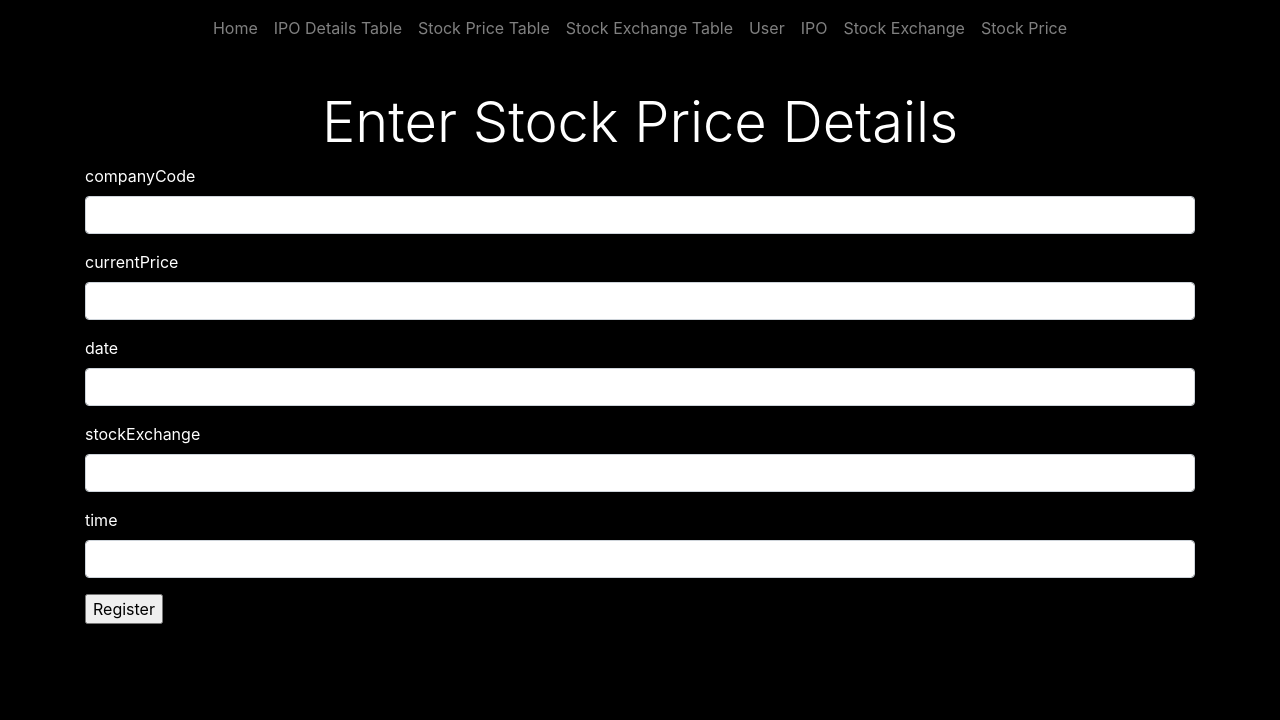
Repository: Gurudutt-S/cts-training
Page: http://localhost/StockExchangeChartingWeb/WEB-INF/views/stockPrices.jsp
The author's editor kept a copy of each file at every save. The page is drawn from the files as they stood at one save, then again after the next save.
The browser window is 1280 px wide. The pictures show the whole page.
The page is served by Tomcat 9. Nobody is signed in. Other server files are loaded and not shown. The template is opened directly, without the code that normally fills it, so the values that code supplies are empty.

Above is the page before, as saved 2020-02-13 05:19:56.
Console error (its wording comes from the project's code and is left out).

### Day_37/StockExchangeChartingWeb/src/main/webapp/WEB-INF/views/stockPrices.jsp
<%@include file="header.jsp"%>
<%@taglib uri="http://www.springframework.org/tags/form" prefix="form"%>
<%@taglib uri="http://java.sun.com/jsp/jstl/core" prefix="c"%>

<h2 class="display-4 text-center">Enter Stock Price Details</h2>

<c:url var="stockPriceUrl" value="" />

<div class="container">
	<form:form action="${stockPriceUrl }" modelAttribute="stockPrice">
		<div class="form-group">
			<form:label path="companyCode">companyCode</form:label>
			<form:input path="companyCode" class="form-control" />
		</div>
		<div class="form-group">
			<form:label path="currentPrice">currentPrice</form:label>
			<form:input path="currentPrice" class="form-control" />
		</div>
		<div class="form-group">
			<form:label path="date">date</form:label>
			<form:input path="date" class="form-control" />
		</div>
		<div class="form-group">
			<form:label path="stockExchange">stockExchange</form:label>
			<form:input path="stockExchange" class="form-control" />
		</div>
		<div class="form-group">
			<form:label path="time">time</form:label>
			<form:input path="time" class="form-control" />
		</div>

		<div>
			<input type="submit" value="Register">
		</div>
	</form:form>

</div>


</body>
</html>

### Day_37/StockExchangeChartingWeb/src/main/webapp/WEB-INF/views/header.jsp
<%@ page isELIgnored="false"%>
<%@ taglib uri="http://java.sun.com/jsp/jstl/core" prefix="c"%>
<html>
<head>
<link rel="stylesheet"
	href="https://stackpath.bootstrapcdn.com/bootstrap/4.4.1/css/bootstrap.min.css"
	integrity="sha384-Vkoo8x4CGsO3+Hhxv8T/Q5PaXtkKtu6ug5TOeNV6gBiFeWPGFN9MuhOf23Q9Ifjh"
	crossorigin="anonymous">
<script
	src="https://stackpath.bootstrapcdn.com/bootstrap/4.4.1/js/bootstrap.min.js"
	integrity="sha384-wfSDF2E50Y2D1uUdj0O3uMBJnjuUD4Ih7YwaYd1iqfktj0Uod8GCExl3Og8ifwB6"
	crossorigin="anonymous"></script>


</head>
<body style="color: white; background-color: black;">

	<nav class="navbar navbar-expand-lg navbar-dark ">
		<div class="collapse navbar-collapse">
			<ul class="navbar-nav mx-auto">
				<li class="nav-item"><a href="home" class="nav-link">Home</a></li>
				<li class="nav-item"><a href="ipoDetails" class="nav-link">IPO
						Details Table</a></li>
				<li class="nav-item"><a href="stockPrice" class="nav-link">Stock
						Price Table</a></li>
				<li class="nav-item"><a href="stockExchange" class="nav-link">Stock
						Exchange Table</a></li>
				<li class="nav-item"><a href="user-home" class="nav-link">User
						</a></li>
				<li class="nav-item"><a href="ipo-home" class="nav-link">IPO
						</a></li>
				<li class="nav-item"><a href="stockExchange-home" class="nav-link">Stock Exchange
						</a></li>
				<li class="nav-item"><a href="stockPrice-home" class="nav-link">Stock Price</a> </li>
			</ul>
		</div>
	</nav>

	<hr>

</body>
</html>

After the next save:
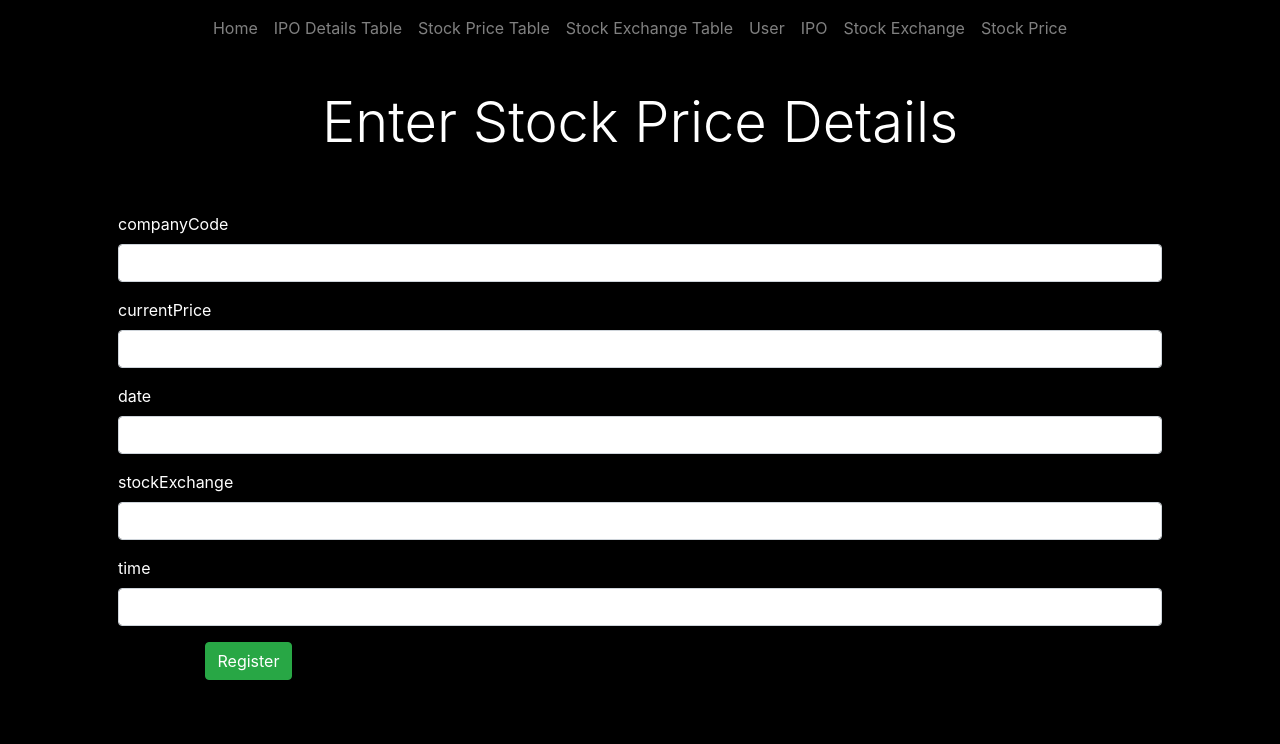
Saved 2 min 3 s later.
--- a/Day_37/StockExchangeChartingWeb/src/main/webapp/WEB-INF/views/stockPrices.jsp
+++ b/Day_37/StockExchangeChartingWeb/src/main/webapp/WEB-INF/views/stockPrices.jsp
@@ -6,7 +6,7 @@
 
 <c:url var="stockPriceUrl" value="" />
 
-<div class="container">
+<div class="container p-5">
 	<form:form action="${stockPriceUrl }" modelAttribute="stockPrice">
 		<div class="form-group">
 			<form:label path="companyCode">companyCode</form:label>
@@ -29,8 +29,8 @@
 			<form:input path="time" class="form-control" />
 		</div>
 
-		<div>
-			<input type="submit" value="Register">
+		<div class="text-center w-25">
+			<input type="submit" value="Register" class="btn btn-success">
 		</div>
 	</form:form>
 
